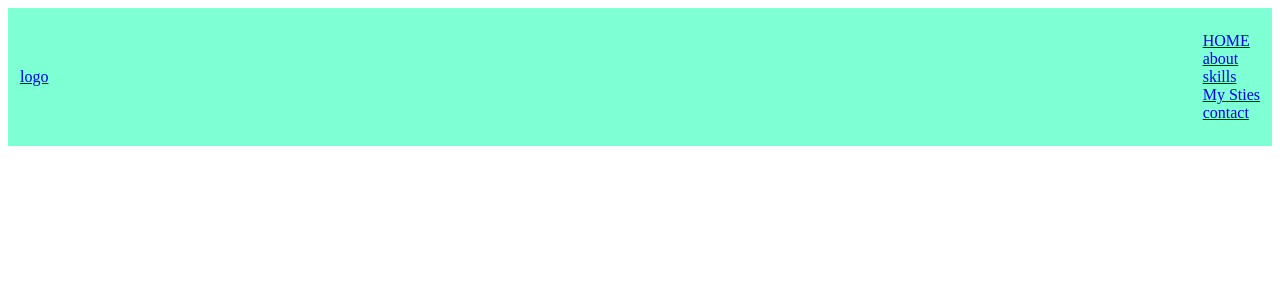
Repository: jun01270/jun
Page: index.html
An editor plug-in stored every save of this project. The page is shown before and after the next save, followed by the edit.
The browser window is 1280 px wide. The pictures show the whole page.

Above is the page before, as saved 2023-05-08 16:05:41.

After the next save:
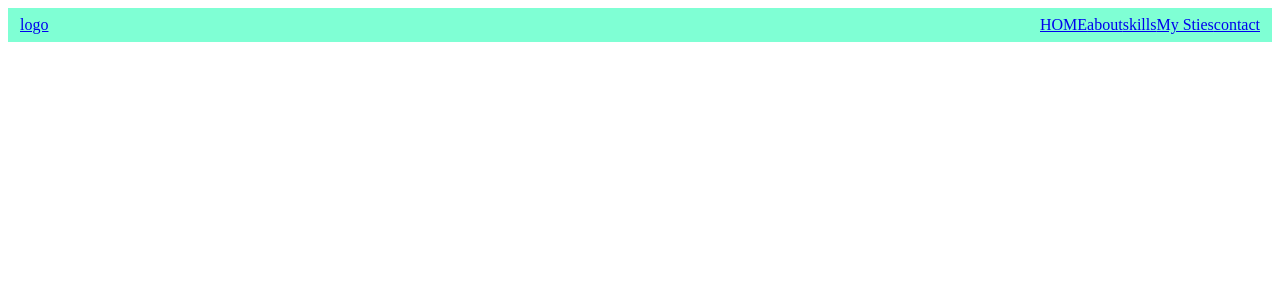
Saved 16 s later.
--- a/main.css
+++ b/main.css
@@ -12,4 +12,6 @@ html{
 
 .menu-bar{
     list-style:none;
+    display: flex;
+    margin: 0;
 }
